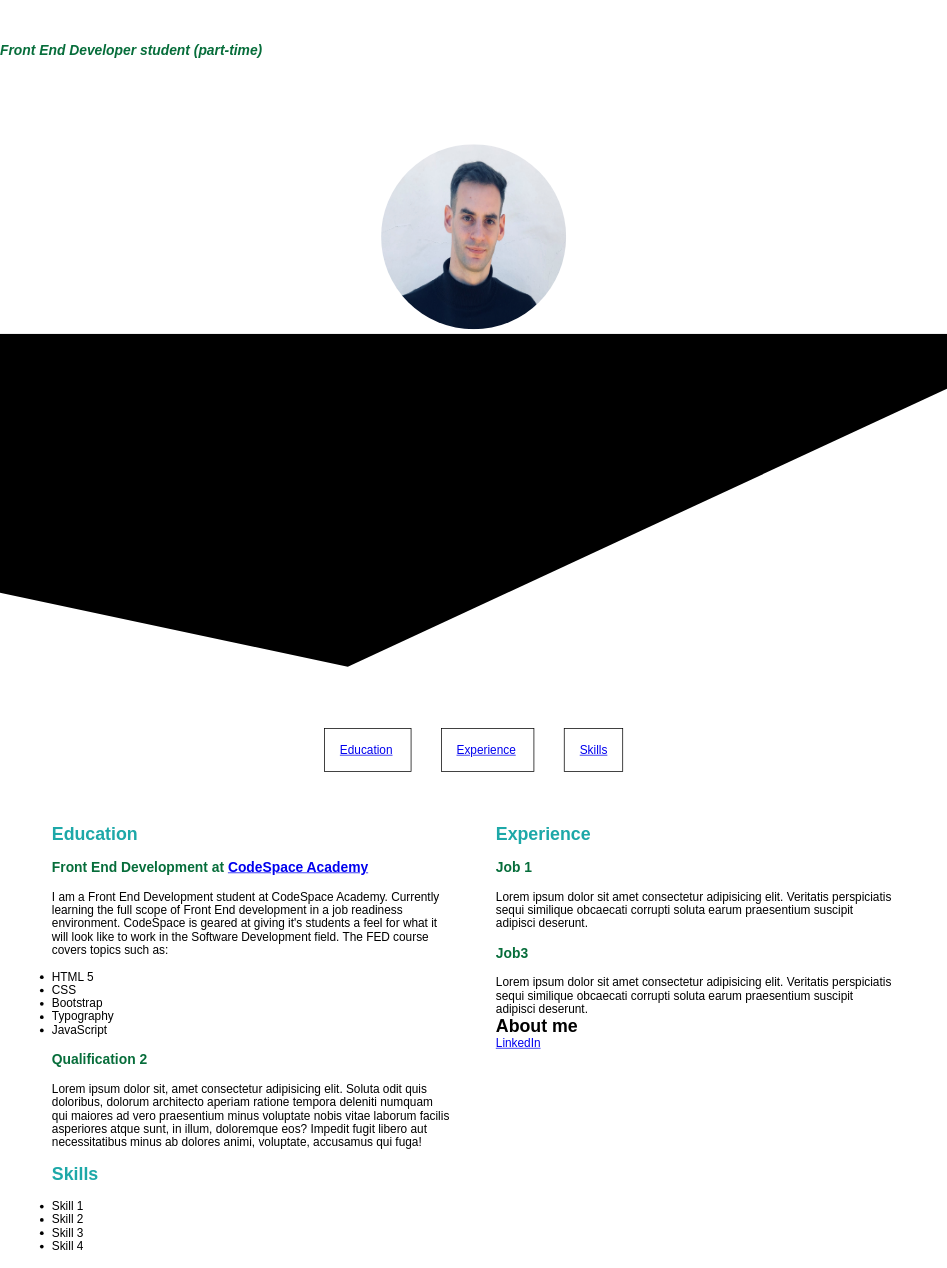
Repository: WesleyErasmus/myDigitalResume
Page: Resume-Projec-3/index.html
An editor plug-in stored every save of this project. The page is shown before and after the next save, followed by the edit.
The browser window is 1280 px wide. The pictures show the whole page, at 74% of full size.

Above is the page before, as saved 2022-02-12 13:40:22.

### Resume-Projec-3/index.html
<!DOCTYPE html>
<html lang="en">

<head>
  <meta charset="UTF-8">
  <meta http-equiv="X-UA-Compatible" content="IE=edge">
  <meta name="viewport" content="width=device-width, initial-scale=1.0">
  <title>Hello World</title>
  <link rel="stylesheet" href="styles.css">
</head>

<body>
  <header>
    <h1>Wesley Erasmus</h1>
    <h3> <em>Front End Developer student (part-time)</em></h3>
    <p>This is a personal statement about myself</p>

    <ul class="contact-details">
      <li>wesley.erasmus@gmail.com</li>
      <li>083 123 0000</li>
      <li>Cape Town, South Africa</li>
      <li>LinkedIn</li>
    </ul>

    <img id="headshot" src="images/IMG_01081.jpg" alt="Portrait image of Wesley Erasmus">

    <!-- height="150" width="150" -->

    <svg>
      <polygon class="polygon" points="0,0 1440,0 470,450 0,350"/>
  </svg>

  </header>
  <nav>

    <ul class="page-links">
      <li> <a href="#Education">Education</a> </li>
      <li> <a href="#Experience">Experience</a> </li>
      <li> <a href="#Skills">Skills</a> </li>
    </ul>

  </nav>

  <main>

    <div class="flex-col-1">

      <h2 class="color-headings" id="Education">Education</h2>

      <h3>Front End Development at <a href="https://www.codespace.co.za/" target="_blank">CodeSpace Academy</a> </h3>

      <p>I am a Front End Development student at CodeSpace Academy. Currently learning the full scope of Front End development in a job readiness environment. CodeSpace is geared at giving it's students a feel for what it will look like to work in the Software Development field. The FED course covers topics such as:</p>
      <br>
      <ul>
        <li>HTML 5</li>
        <li>CSS</li>
        <li>Bootstrap</li>
        <li>Typography</li>
        <li>JavaScript</li>
      </ul>

        <h3>Qualification 2</h3>

      <p>Lorem ipsum dolor sit, amet consectetur adipisicing elit. Soluta odit quis doloribus, dolorum architecto
        aperiam ratione tempora deleniti numquam qui maiores ad vero praesentium minus voluptate nobis vitae laborum
        facilis asperiores atque sunt, in illum, doloremque eos? Impedit fugit libero aut necessitatibus minus ab
        dolores animi, voluptate, accusamus qui fuga!</p>




      <h2 class="color-headings" id="Skills">Skills</h2>

      <ul>
      <li>Skill 1</li>
      <li>Skill 2</li>
      <li>Skill 3</li>
      <li>Skill 4</li>
    </ul>

  </div>


    <div class="flex-col-1">
    <h2 class="color-headings" id="Experience">Experience</h2>
    <h3>Job 1</h3>
    <p>Lorem ipsum dolor sit amet consectetur adipisicing elit. Veritatis perspiciatis sequi similique obcaecati
      corrupti soluta earum praesentium suscipit adipisci deserunt.</p>
    <h3>Job3</h3>
    <p>Lorem ipsum dolor sit amet consectetur adipisicing elit. Veritatis perspiciatis sequi similique obcaecati
      corrupti soluta earum praesentium suscipit adipisci deserunt.</p>


    <h2 class="about-me" >About me</h2>
    <p>
      <a href="https://www.linkedin.com/feed/" target="_blank">LinkedIn</a>
    </p>
  </div>

  </main>

</body>

</html>

### Resume-Projec-3/styles.css
* {
    margin: 0;
    padding: 0;
    font-family: sans-serif;
}
header {
    position: relative;
    /* background-color: rgb(29, 168, 168); */
    color: #fff;
    margin-bottom: 50px;
}
h3 {
    color: rgb(6, 109, 58);
    margin-top: 20px;
    margin-bottom: 20px;
}
.contact-details {
    text-align: right;
}
img {
    /* find a square profile picture */
    width: 250px;
    height: 250px;
    border-radius: 50%;
    border: 6px solid #fff;
    display: block;
    margin: 0 auto;
}

svg {
    z-index: -1
    position: absolute;
    top: 0;
    width: 100%;
    height: 500px;
}
.page-links li{
    display: inline;
    background-color: #fff;
    margin: 20px;
    padding: 20px;
    border: 1px solid black;
}
.color-headings {
    color: rgb(29, 168, 168);
    margin: 20px 0 20px 0;
}
.page-links{
    text-align: center;
}

main {
    margin: 50px 40px 0 40px;

    display: flex;
    flex-direction: row;
}
.flex-col-1, .flex-col-2 {
    margin: 0 auto;
    text-align: left;
    width: 45%;
    padding: 20px;

}

After the next save:
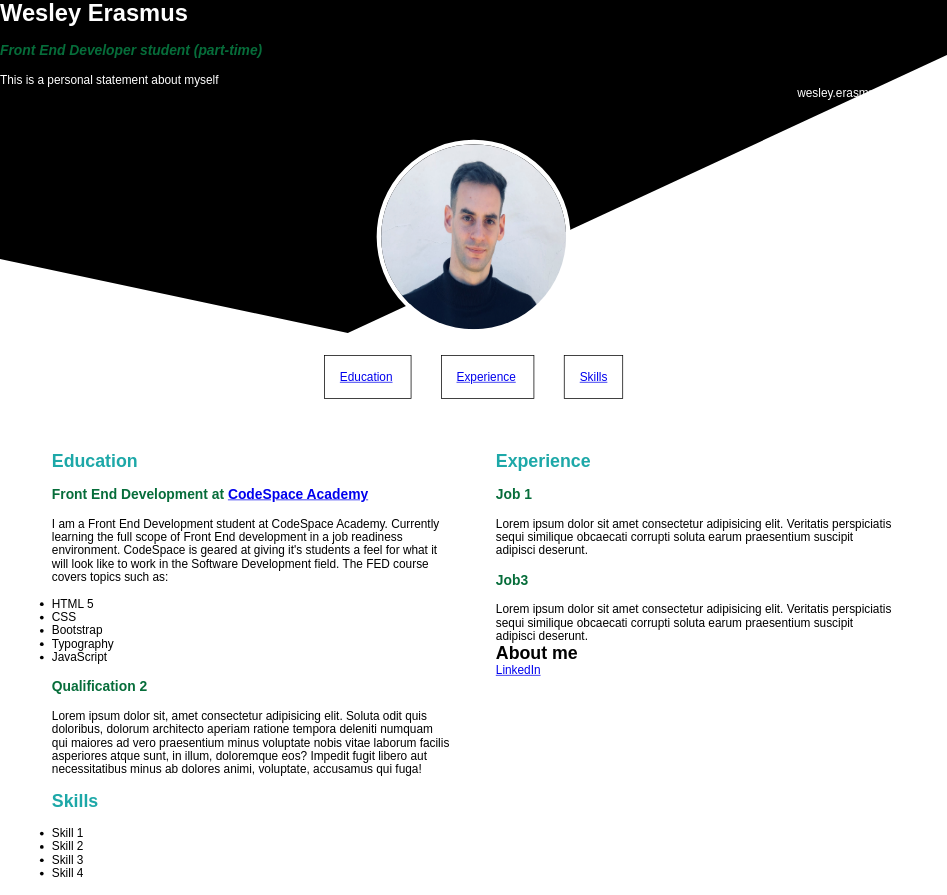
Saved 12 s later.
--- a/Resume-Projec-3/styles.css
+++ b/Resume-Projec-3/styles.css
@@ -4,7 +4,6 @@
     font-family: sans-serif;
 }
 header {
-    position: relative;
     /* background-color: rgb(29, 168, 168); */
     color: #fff;
     margin-bottom: 50px;
@@ -28,7 +27,7 @@ img {
 }
 
 svg {
-    z-index: -1
+    z-index: -1;
     position: absolute;
     top: 0;
     width: 100%;
